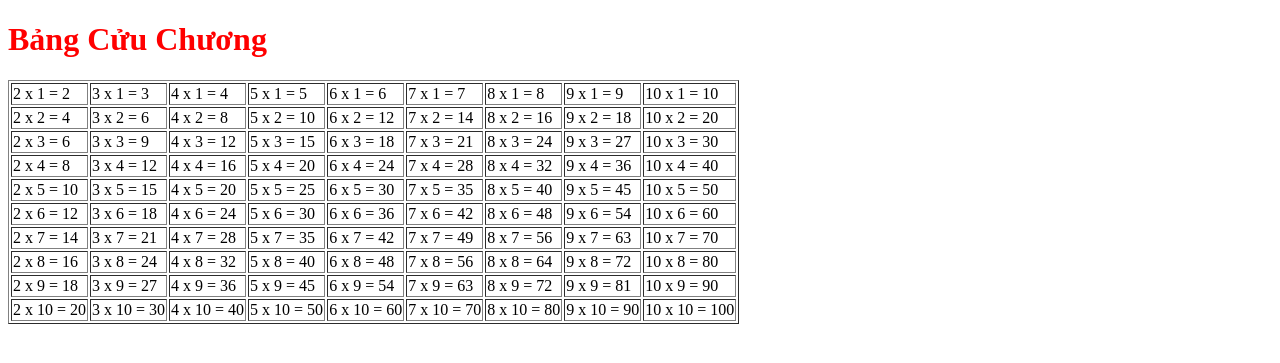
Repository: lhggiang/bangcuuchuong
Page: index.html
The author's editor kept a copy of each file at every save. The page is drawn from the files as they stood at one save, then again after the next save.
The browser window is 1280 px wide. The pictures show the whole page.

Above is the page before, as saved 2023-05-19 19:11:21.

After the next save:
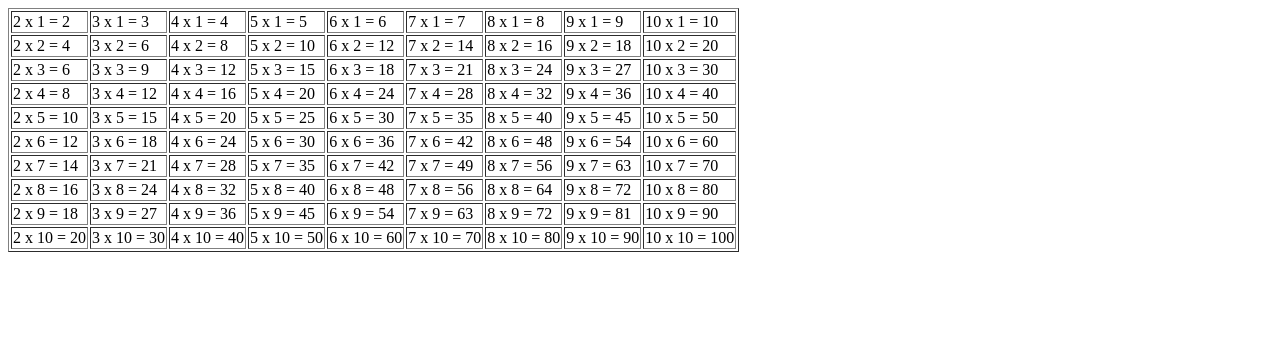
Saved 73 s later.
--- a/index.html
+++ b/index.html
@@ -11,7 +11,6 @@
 
 <body>
     <table border="1" id="table">
-        <h1 style="text-align: left; color: red;">Bảng Cửu Chương</h1>
     </table>
     <script>
         let str = "";
